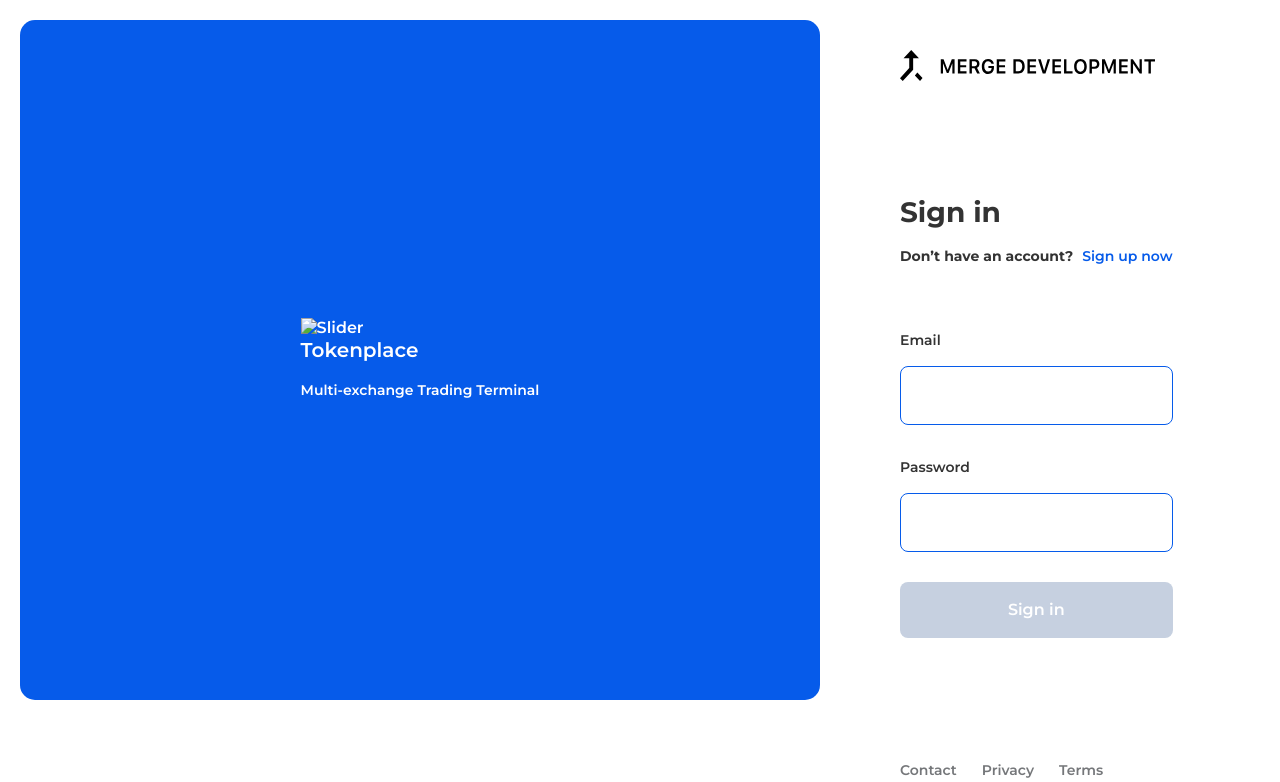
Repository: 13RedFox/form-project
Page: /
An editor plug-in stored every save of this project. The page is shown before and after the next save, followed by the edit.
The browser window is 1280 px wide. The pictures show the whole page.
The project was rebuilt for these pictures with package versions that can differ from the ones it lists, and the page was loaded fresh each time.

Above is the page before, as saved 2021-08-04 18:30:23.

### public/index.html
<!DOCTYPE html>
<html lang="en">

<head>
  <meta charset="utf-8" />
  <link rel="icon" href="%PUBLIC_URL%/favicon.ico" />
  <meta name="viewport" content="width=device-width, initial-scale=1" />
  <meta name="theme-color" content="#000000" />
  <meta name="description" content="Web site created using create-react-app" />
  <link rel="apple-touch-icon" href="%PUBLIC_URL%/logo192.png" />
  <link rel="manifest" href="%PUBLIC_URL%/manifest.json" />

  <title>Form Project</title>
  <link rel="preconnect" href="https://fonts.googleapis.com">
  <link rel="preconnect" href="https://fonts.gstatic.com" crossorigin>
  <link href="https://fonts.googleapis.com/css2?family=Montserrat:wght@600;700&display=swap" rel="stylesheet">
</head>

<body>
  <noscript>You need to enable JavaScript to run this app.</noscript>
  <div id="root"></div>
</body>

</html>

### src/index.js
import React from 'react';
import ReactDOM from 'react-dom';
import './index.scss';
import App from './components/App/App';

ReactDOM.render(
  <React.StrictMode>
    <App />
  </React.StrictMode>,
  document.getElementById('root')
);

### src/index.scss
* {
  margin: 0;
  padding: 0;
  box-sizing: border-box;
  font-family: 'Montserrat', -apple-system, BlinkMacSystemFont, 'Segoe UI', 'Roboto', 'Oxygen',
    'Ubuntu', 'Cantarell', 'Fira Sans', 'Droid Sans', 'Helvetica Neue', sans-serif;
  -webkit-font-smoothing: antialiased;
  -moz-osx-font-smoothing: grayscale;
}

### src/components/App/App.jsx
import React from 'react';
import Form from '../Form/Form';
import Slider from '../Slider/Slider';

import styles from './App.module.scss';

function App() {
  return (
    <div className={styles.wrapper}>
      <Slider />
      <Form />
    </div>
  );
}

export default App;

### src/components/Form/Form.jsx
import styles from './Form.module.scss';
import { ReactComponent as LogoIcon } from '../../assets/logo.svg';
import Input from '../Input/Input';
import Button from '../Button/Button';

const Form = () => {
  return (
    <div className={styles.form}>
      <LogoIcon className={styles.icon} />
      <form action="#">
        <h1 className={styles.title}>Sign in</h1>
        <div className={styles.inner}>
          <p className={styles.text}>Don’t have an account?</p>
          <a href="#!" className={styles.signUp}>
            Sign up now
          </a>
        </div>
        <Input label="Email" type="email" className={styles.input} />
        <Input label="Password" type="password" className={styles.input} />
        <Button label="Sign in" disabled className={styles.button} />

        <div className={styles.privacy}>
          <a href="#!" className={styles.privacyText}>
            Contact
          </a>
          <a href="#!" className={styles.privacyText}>
            Privacy
          </a>
          <a href="#!" className={styles.privacyText}>
            Terms
          </a>
        </div>
      </form>
    </div>
  );
};

export default Form;

### src/components/Slider/Slider.jsx
import styles from './Slider.module.scss';

const Slider = () => {
  return (
    <div className={styles.slider}>
      <div className={styles.card}>
        <div className={styles.wrapperImg}>
          <img src="#" alt="Slider" />
        </div>
        <h2 className={styles.title}>Tokenplace</h2>
        <p className={styles.description}>Multi-exchange Trading Terminal</p>
      </div>
    </div>
  );
};

export default Slider;

### src/components/App/App.module.scss
.wrapper {
  max-width: 1440px;
  height: 100vh;
  display: flex;
  background-color: #fff;
  padding: 20px;
  margin: 0 auto;
}

### src/components/Form/Form.module.scss
.form {
  padding-top: 30px;
  color: #333333;
}

.icon {
  cursor: pointer;
  margin-bottom: 110px;
}

.title {
  font-weight: bold;
  font-size: 28px;
  line-height: 34px;
  margin-bottom: 15px;
}

.inner {
  display: flex;
  align-items: center;
  margin-bottom: 60px;
}

.text {
  font-weight: bold;
  font-size: 14px;
  line-height: 24px;
}

.signUp {
  display: flex;
  font-weight: 600;
  font-size: 14px;
  line-height: 24px;
  color: #065bea;
  margin-left: 9px;
  text-decoration: none;
  transition: color 0.15s ease-in-out;

  &:hover {
    color: #0a4ab6;
  }
}

.privacy {
  margin-top: 120px;
}

.privacyText {
  font-weight: 600;
  font-size: 14px;
  line-height: 24px;
  color: #75777a;
  text-decoration: none;
  transition: color 0.15s ease-in-out;
  margin-right: 25px;

  &:last-child {
    margin-right: 0;
  }

  &:hover {
    color: #333;
  }
}

### src/components/Input/Input.jsx
import styles from './Input.module.scss';

const Input = ({ type, label }) => {
  return (
    <label htmlFor="input" className={styles.label}>
      {label}
      <input type={type} className={styles.input} />
    </label>
  );
};

export default Input;

### src/components/Button/Button.jsx
import React from 'react';
import styles from './Button.module.scss';

const Button = ({ label, disabled }) => {
  return (
    <button className={styles.button} disabled={disabled}>
      {label}
    </button>
  );
};

export default Button;

### src/components/Slider/Slider.module.scss
.slider {
  width: 800px;
  height: 100%;
  background: #065bea;
  border-radius: 15px;
  display: flex;
  justify-content: center;
  align-items: center;
  color: #fff;
  margin-right: 80px;
}

.title {
  font-weight: 600;
  font-size: 20px;
  line-height: 26px;
  margin-bottom: 15px;
}

.description {
  font-weight: 600;
  font-size: 14px;
  line-height: 24px;
}

### src/components/Input/Input.module.scss
.label {
  display: flex;
  flex-direction: column;
  font-weight: 600;
  font-size: 14px;
  line-height: 24px;
  color: #333;
  margin-bottom: 30px;
}

.input {
  width: 100%;
  max-width: 420px;
  padding: 20px;

  color: #333;
  background: #ffffff;
  border: 1px solid #065bea;
  border-radius: 8px;

  font-weight: 600;
  font-size: 14px;
  line-height: 17px;
  margin-top: 14px;
}

### src/components/Button/Button.module.scss
.button {
  position: relative;
  width: 100%;
  max-width: 420px;
  padding: 18px 0;
  background: #065bea;
  border-radius: 8px;
  border: none;
  font-weight: 600;
  font-size: 16px;
  line-height: 20px;
  color: #ffffff;
  transition: background-color 0.15s ease-in-out;
  cursor: pointer;
  z-index: 0;

  &:after {
    content: '';
    position: absolute;
    bottom: -5px;
    left: 50%;
    transform: translateX(-50%);
    width: 383px;
    height: 26px;

    background: #065bea;
    opacity: 0.83;
    filter: blur(40px);
    border-radius: 8px;
    z-index: -1;
  }

  &:hover {
    background: #0451d2;
  }

  &:active {
    background: #065bea;
  }

  &:disabled {
    background: #c6d0e0;
    &:after {
      display: none;
    }
  }
}

After the next save:
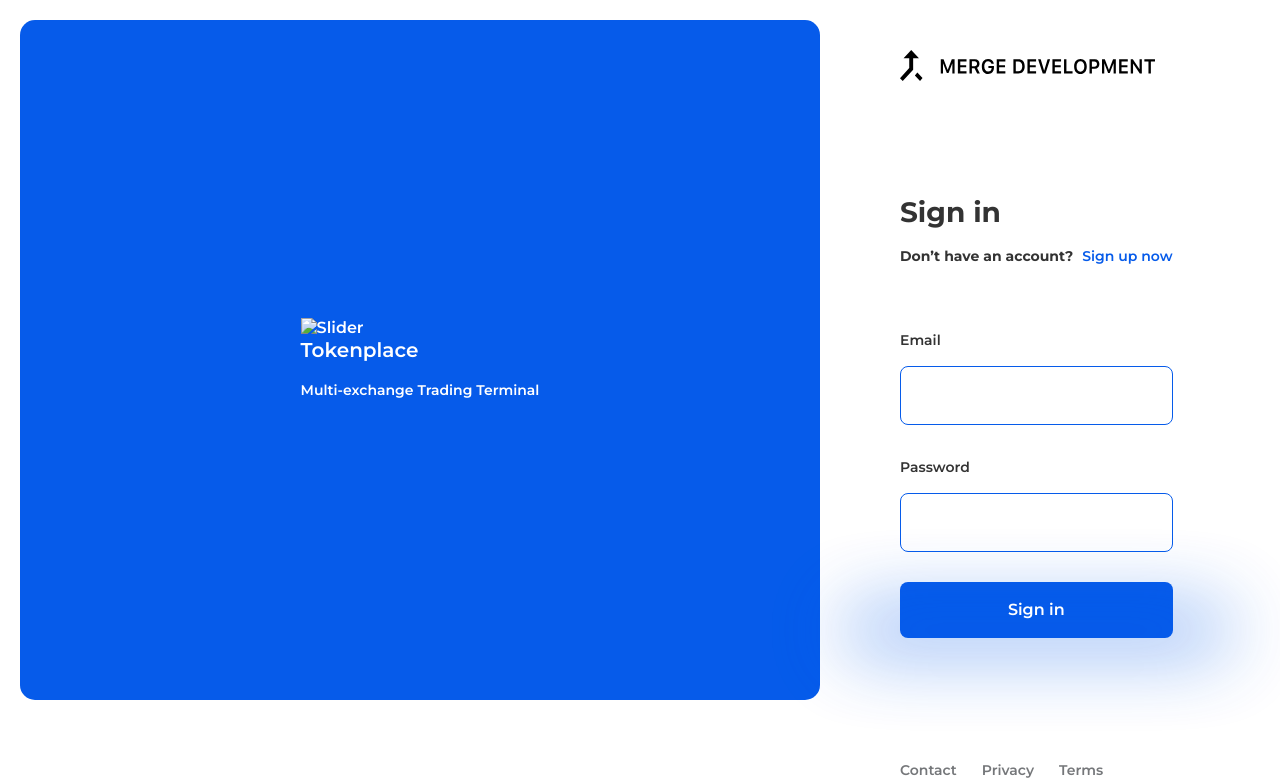
Saved 2 min 56 s later.
--- a/src/components/Form/Form.jsx
+++ b/src/components/Form/Form.jsx
@@ -17,7 +17,7 @@
         </div>
         <Input label="Email" type="email" className={styles.input} />
         <Input label="Password" type="password" className={styles.input} />
-        <Button label="Sign in" disabled className={styles.button} />
+        <Button label="Sign in" disabled={false} className={styles.button} />
 
         <div className={styles.privacy}>
           <a href="#!" className={styles.privacyText}>
